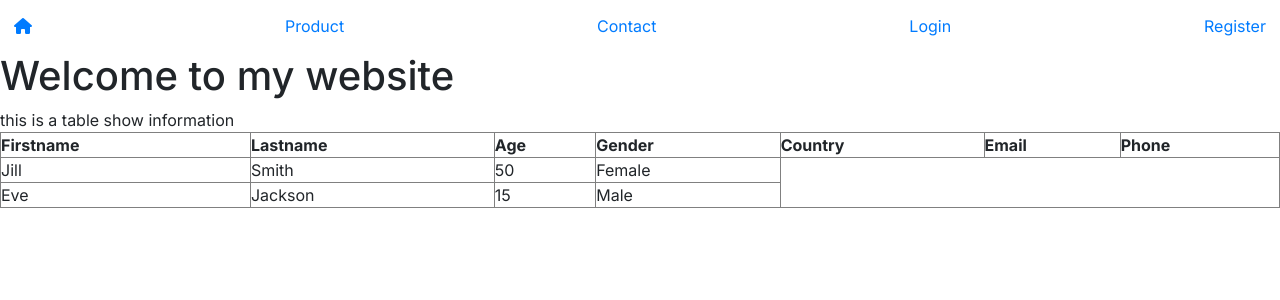
Repository: bao2222/hoc-lam-web
Page: About-me.html
The author's editor kept a copy of each file at every save. The page is drawn from the files as they stood at one save, then again after the next save.
The browser window is 1280 px wide. The pictures show the whole page.

Above is the page before, as saved 2025-01-23 20:33:02.

After the next save:
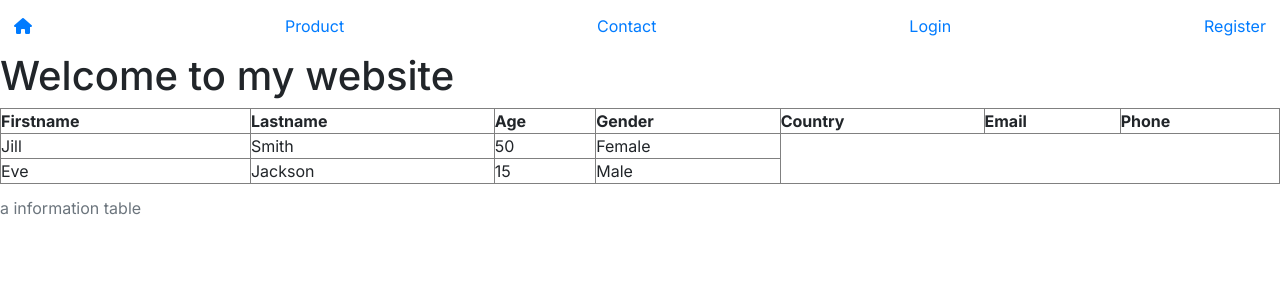
Saved 110 s later.
--- a/About-me.html
+++ b/About-me.html
@@ -42,8 +42,9 @@
 
 
             <h1>Welcome to my website</h1>
-            <caption>this is a table show information</caption>
+
             <table style="width:100%" border>
+                <caption>a information table</caption>
                 <tr>
                     <th>Firstname</th>
                     <th>Lastname</th>
